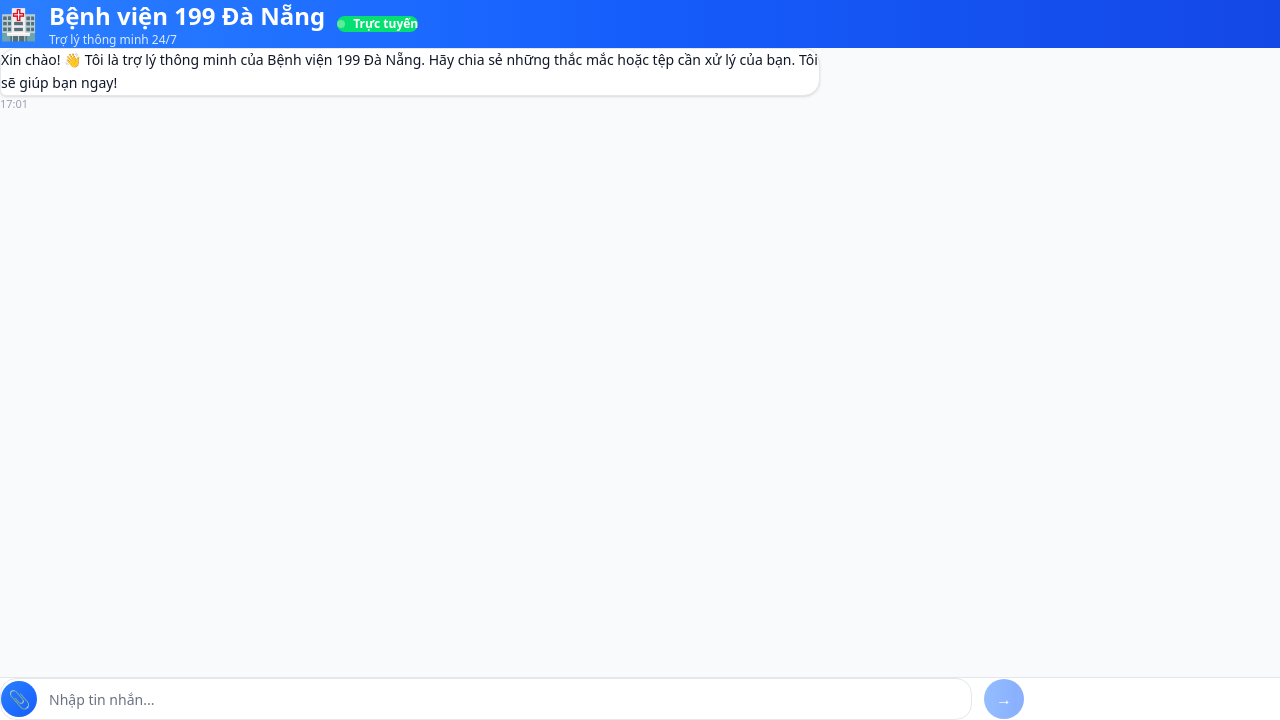
Repository: France2003/B-nh_Vi-n_199
Page: /
An editor plug-in stored every save of this project. The page is shown before and after the next save, followed by the edit.
The browser window is 1280 px wide. The pictures show the whole page.
The project was rebuilt for these pictures with package versions that can differ from the ones it lists, and the page was loaded fresh each time. Also part of the build but not shown: vite.config.ts, src/App.css, src/components/FilePreview.tsx.

Above is the page before, as saved 2026-01-10 11:42:13.

### index.html
<!doctype html>
<html lang="en">
  <head>
    <meta charset="UTF-8" />
    <link rel="icon" type="image/svg+xml" href="/vite.svg" />
    <meta name="viewport" content="width=device-width, initial-scale=1.0" />
    <title>chat199</title>
  </head>
  <body>
    <div id="root"></div>
    <script type="module" src="/src/main.tsx"></script>
  </body>
</html>

### src/index.css
@import "tailwindcss";

:root {
  --hospital-50: #f0f7fc;
  --hospital-100: #dceef9;
  --hospital-200: #b9def3;
  --hospital-300: #8fcde9;
  --hospital-400: #5ab9dd;
  --hospital-500: #35a4d0;
  --hospital-600: #2a7bb7;
  --hospital-700: #1e5b8d;
  --hospital-800: #0d4a73;
  --hospital-900: #081f2e;
}

* {
  @apply m-0 p-0 box-border;
}

html,
body {
  @apply h-full w-full;
}

body {
  @apply overflow-hidden;
}

#root {
  @apply h-screen w-screen;
}

/* Scrollbar Styling */
::-webkit-scrollbar {
  @apply w-2 h-2;
}

::-webkit-scrollbar-track {
  @apply bg-transparent;
}

::-webkit-scrollbar-thumb {
  background-color: rgb(13, 74, 115, 0.3);
  border-radius: 4px;
}

::-webkit-scrollbar-thumb:hover {
  background-color: rgb(13, 74, 115, 0.5);
}

/* Custom animations */
@keyframes slideIn {
  from {
    opacity: 0;
    transform: translateY(10px);
  }
  to {
    opacity: 1;
    transform: translateY(0);
  }
}

@keyframes bounce {
  0%, 80%, 100% {
    opacity: 0.5;
    transform: translateY(0);
  }
  40% {
    opacity: 1;
    transform: translateY(-10px);
  }
}

.animate-in {
  animation: slideIn 0.3s ease forwards;
}

.delay-200 {
  animation-delay: 200ms;
}

.delay-400 {
  animation-delay: 400ms;
}

.slide-in-from-bottom-2 {
  --tw-enter-translate-y: 8px;
}

### src/App.tsx
import './App.css'
import { ChatBot } from './components/ChatBot'

function App() {
  return <ChatBot />
}

export default App

### src/components/ChatBot.tsx
import React, { useState, useRef, useEffect } from 'react';
import type { Message, UploadedFile } from '../types';
import { ChatMessage } from './ChatMessage';
import { FileUploader } from './FileUploader';
import { FilePreview } from './FilePreview';

export const ChatBot: React.FC = () => {
  const [messages, setMessages] = useState<Message[]>([
    {
      id: '1',
      type: 'bot',
      content: 'Xin chào! 👋 Tôi là trợ lý thông minh của Bệnh viện 199 Đà Nẵng. Hãy chia sẻ những thắc mắc hoặc tệp cần xử lý của bạn. Tôi sẽ giúp bạn ngay!',
      timestamp: new Date(),
    },
  ]);

  const [uploadedFiles, setUploadedFiles] = useState<UploadedFile[]>([]);
  const [inputValue, setInputValue] = useState('');
  const [isLoading, setIsLoading] = useState(false);
  const messagesEndRef = useRef<HTMLDivElement>(null);
  const inputRef = useRef<HTMLInputElement>(null);

  const scrollToBottom = () => {
    messagesEndRef.current?.scrollIntoView({ behavior: 'smooth' });
  };

  useEffect(() => {
    scrollToBottom();
  }, [messages]);

  const handleFilesUpload = (files: UploadedFile[]) => {
    setUploadedFiles((prev) => [...prev, ...files]);
  };

  const handleFileDescriptionChange = (fileId: string, description: string) => {
    setUploadedFiles((prev) =>
      prev.map((file) =>
        file.id === fileId ? { ...file, description } : file
      )
    );
  };

  const handleRemoveFile = (fileId: string) => {
    setUploadedFiles((prev) => prev.filter((file) => file.id !== fileId));
  };

  const handleSendMessage = async () => {
    if (!inputValue.trim() && uploadedFiles.length === 0) return;

    setIsLoading(true);

    // Create user message
    const userMessage: Message = {
      id: `${Date.now()}`,
      type: 'user',
      content: inputValue,
      timestamp: new Date(),
      files: uploadedFiles.length > 0 ? [...uploadedFiles] : undefined,
    };

    setMessages((prev) => [...prev, userMessage]);
    setInputValue('');
    setUploadedFiles([]);

    // Simulate bot response
    setTimeout(() => {
      const botMessage: Message = {
        id: `${Date.now() + 1}`,
        type: 'bot',
        content: generateBotResponse(userMessage),
        timestamp: new Date(),
      };
      setMessages((prev) => [...prev, botMessage]);
      setIsLoading(false);
    }, 1000);
  };

  const generateBotResponse = (userMessage: Message): string => {
    if (userMessage.files && userMessage.files.length > 0) {
      const fileCount = userMessage.files.length;
      const fileNames = userMessage.files.map((f) => f.name).join(', ');
      return `✓ Đã nhận ${fileCount} tệp: ${fileNames}. ${userMessage.content
          ? `Yêu cầu: ${userMessage.content}`
          : 'Đang xử lý tệp của bạn...'
        }`;
    }

    const responses = [
      '✓ Cảm ơn bạn đã liên hệ! Chúng tôi đang xử lý yêu cầu của bạn.',
      '✓ Bệnh viện 199 sẵn sàng hỗ trợ! Hãy cho tôi biết thêm thông tin chi tiết.',
      '✓ Tôi đã ghi nhận thông tin của bạn. Có gì khác tôi có thể giúp?',
      '✓ Cảm ơn bạn đã tin tưởng dịch vụ của chúng tôi! 🏥',
    ];

    return responses[Math.floor(Math.random() * responses.length)];
  };

  const handleKeyPress = (e: React.KeyboardEvent<HTMLInputElement>) => {
    if (e.key === 'Enter' && !e.shiftKey) {
      e.preventDefault();
      handleSendMessage();
    }
  };

  return (
    <div className="flex flex-col h-screen bg-white">
      {/* Header */}
      <header className="bg-gradient-to-r from-blue-500 via-blue-600 to-blue-700 text-white px-4 py-3 sm:px-6 sm:py-4 shadow-lg">
        <div className="flex items-center gap-3">
          <div className="text-3xl">🏥</div>
          <div>
            <h1 className="text-lg sm:text-2xl font-bold">Bệnh viện 199 Đà Nẵng</h1>
            <p className="text-[11px] sm:text-xs text-blue-100 font-medium">
              Trợ lý thông minh 24/7
            </p>
          </div>
          <div className="ml-auto flex items-center gap-2 bg-green-400 bg-opacity-30 px-3 py-1 rounded-full">
            <div className="w-2 h-2 bg-green-300 rounded-full animate-pulse"></div>
            <span className="text-xs font-semibold">Trực tuyến</span>
          </div>
        </div>
      </header>

      {/* Chat Container */}
      <div className="flex-1 overflow-y-auto px-4 py-6 bg-gray-50">
        <div className="w-full max-w-6xl mx-auto space-y-5">
          {messages.map((message) => (
            <ChatMessage key={message.id} message={message} />
          ))}
          {isLoading && (
            <div className="flex gap-3">
              <div className="w-8 h-8 rounded-full bg-gradient-to-r from-blue-500 to-blue-600 flex items-center justify-center text-white text-sm font-bold flex-shrink-0">🤖</div>
              <div className="flex gap-1.5 bg-white px-4 py-3 rounded-2xl shadow-sm">
                <div className="w-2 h-2 bg-blue-500 rounded-full animate-bounce"></div>
                <div className="w-2 h-2 bg-blue-500 rounded-full animate-bounce" style={{ animationDelay: '0.2s' }}></div>
                <div className="w-2 h-2 bg-blue-500 rounded-full animate-bounce" style={{ animationDelay: '0.4s' }}></div>
              </div>
            </div>
          )}
          <div ref={messagesEndRef} />
        </div>
      </div>

      {/* Input Area */}
      <div className="bg-white border-t border-gray-200 px-4 py-4 shadow-lg">
        <div className="w-full max-w-full sm:max-w-3xl lg:max-w-5xl mx-auto">
          {uploadedFiles.length > 0 && (
            <div className="mb-4">
              <FilePreview
                files={uploadedFiles}
                onDescriptionChange={handleFileDescriptionChange}
                onRemove={handleRemoveFile}
              />
            </div>
          )}

          <div className="flex gap-3 items-center">
            <div className="flex-1 flex items-center gap-3 bg-white border border-gray-200 rounded-2xl px-3 py-2 transition-all focus-within:border-blue-400 focus-within:ring-1 focus-within:ring-blue-100">
              <FileUploader onFilesUpload={handleFilesUpload} showLabel={false} />

              <input
                ref={inputRef}
                type="text"
                value={inputValue}
                onChange={(e) => setInputValue(e.target.value)}
                onKeyPress={handleKeyPress}
                placeholder="Nhập tin nhắn..."
                className="flex-1 h-11 sm:h-10 bg-transparent text-gray-900 placeholder-gray-500 focus:outline-none text-sm"
                disabled={isLoading}
              />

              {uploadedFiles.length > 0 && (
                <div className="flex items-center gap-2">
                  <div className="text-xs text-gray-500">{uploadedFiles.length} tệp</div>
                </div>
              )}
            </div>

            <button
              onClick={handleSendMessage}
              className="w-11 h-11 sm:w-10 sm:h-10 flex items-center justify-center rounded-full bg-gradient-to-r from-blue-500 to-blue-600 text-white font-bold transition-all duration-200 hover:shadow-lg hover:scale-105 active:scale-95 disabled:opacity-50 disabled:cursor-not-allowed flex-shrink-0"
              disabled={isLoading || (!inputValue.trim() && uploadedFiles.length === 0)}
              title="Gửi tin nhắn"
            >
              <span>→</span>
            </button>
          </div>
        </div>
      </div>
    </div>
  );
};

### src/components/ChatMessage.tsx
import React from 'react';
import type { Message } from '../types';

interface ChatMessageProps {
  message: Message;
}

export const ChatMessage: React.FC<ChatMessageProps> = ({ message }) => {
  const isUser = message.type === 'user';

  return (
    <div className="w-full flex">
      {/* Wrapper quyết định trái / phải */}
      <div
        className={`flex w-full ${
          isUser ? 'justify-end' : 'justify-start'
        }`}
      >
        {/* Cột chứa bubble + time */}
        <div className="flex flex-col max-w-[820px] w-full">
          {/* Bubble */}
          <div
            className={`px-4 py-3 rounded-2xl text-sm leading-relaxed shadow-sm
              ${
                isUser
                  ? 'bg-gradient-to-br from-blue-500 to-blue-600 text-white rounded-br-md'
                  : 'bg-white text-gray-900 border border-gray-200 rounded-bl-md'
              }`}
          >
            {message.content}
          </div>

          {/* Time */}
          <div
            className={`mt-1 text-[11px] text-gray-400 ${
              isUser ? 'text-right' : 'text-left'
            }`}
          >
            {message.timestamp.toLocaleTimeString('vi-VN', {
              hour: '2-digit',
              minute: '2-digit',
            })}
          </div>
        </div>
      </div>
    </div>
  );
};

### src/components/FileUploader.tsx
import React, { useState, useRef } from 'react';
import type { UploadedFile } from '../types';

interface FileUploaderProps {
  onFilesUpload: (files: UploadedFile[]) => void;
  showLabel?: boolean;
}

export const FileUploader: React.FC<FileUploaderProps> = ({ onFilesUpload, showLabel = true }) => {
  const [isDragActive, setIsDragActive] = useState(false);
  const fileInputRef = useRef<HTMLInputElement>(null);

  const handleDrag = (e: React.DragEvent) => {
    e.preventDefault();
    e.stopPropagation();
    if (e.type === 'dragenter' || e.type === 'dragover') {
      setIsDragActive(true);
    } else if (e.type === 'dragleave') {
      setIsDragActive(false);
    }
  };

  const processFiles = (files: FileList) => {
    const uploadedFiles: UploadedFile[] = [];

    Array.from(files).forEach((file) => {
      const isImage = file.type.startsWith('image/');
      const uploadedFile: UploadedFile = {
        id: `${Date.now()}-${Math.random()}`,
        name: file.name,
        type: isImage ? 'image' : 'file',
        file,
      };

      if (isImage) {
        const reader = new FileReader();
        reader.onload = (e) => {
          uploadedFile.preview = e.target?.result as string;
        };
        reader.readAsDataURL(file);
      }

      uploadedFiles.push(uploadedFile);
    });

    onFilesUpload(uploadedFiles);
  };

  const handleDrop = (e: React.DragEvent) => {
    e.preventDefault();
    e.stopPropagation();
    setIsDragActive(false);

    if (e.dataTransfer.files && e.dataTransfer.files[0]) {
      processFiles(e.dataTransfer.files);
    }
  };

  const handleChange = (e: React.ChangeEvent<HTMLInputElement>) => {
    if (e.target.files) {
      processFiles(e.target.files);
    }
  };

  if (!showLabel) {
    return (
      <>
        <input
          ref={fileInputRef}
          type="file"
          multiple
          onChange={handleChange}
          accept="image/*,.pdf,.doc,.docx,.xls,.xlsx,.txt"
          className="hidden"
          id="file-upload-input"
        />
        <label
          htmlFor="file-upload-input"
          className="flex items-center justify-center w-9 h-9 rounded-full bg-gradient-to-br from-blue-500 to-blue-600 text-white cursor-pointer hover:shadow-md transition-transform active:scale-95 flex-shrink-0"
          title="Tải file"
          onDragEnter={handleDrag}
          onDragLeave={handleDrag}
          onDragOver={handleDrag}
          onDrop={handleDrop}
        >
          <span className="text-lg">📎</span>
        </label>
      </>
    );
  }

  return (
    <div
      className={`border-2 border-dashed rounded-2xl p-8 text-center transition-all cursor-pointer mb-5 ${
        isDragActive
          ? 'border-blue-500 bg-blue-50 shadow-lg scale-105'
          : 'border-blue-300 bg-blue-50 hover:bg-blue-100 hover:border-blue-400'
      }`}
      onDragEnter={handleDrag}
      onDragLeave={handleDrag}
      onDragOver={handleDrag}
      onDrop={handleDrop}
    >
      <input
        ref={fileInputRef}
        type="file"
        multiple
        onChange={handleChange}
        accept="image/*,.pdf,.doc,.docx,.xls,.xlsx,.txt"
        className="hidden"
      />
      <div className="pointer-events-none">
        <div className="text-4xl mb-3">📁</div>
        <p className="m-0 mb-2 text-base font-bold text-blue-900">Kéo thả file tại đây</p>
        <p className="m-0 text-sm text-blue-600 mb-3">hoặc nhấp để chọn từ máy tính</p>
        <p className="m-0 text-xs text-blue-500">Hỗ trợ: Hình ảnh, PDF, Word, Excel</p>
      </div>
    </div>
  );
};

Loaded but not shown: src/main.tsx (common file)

After the next save:
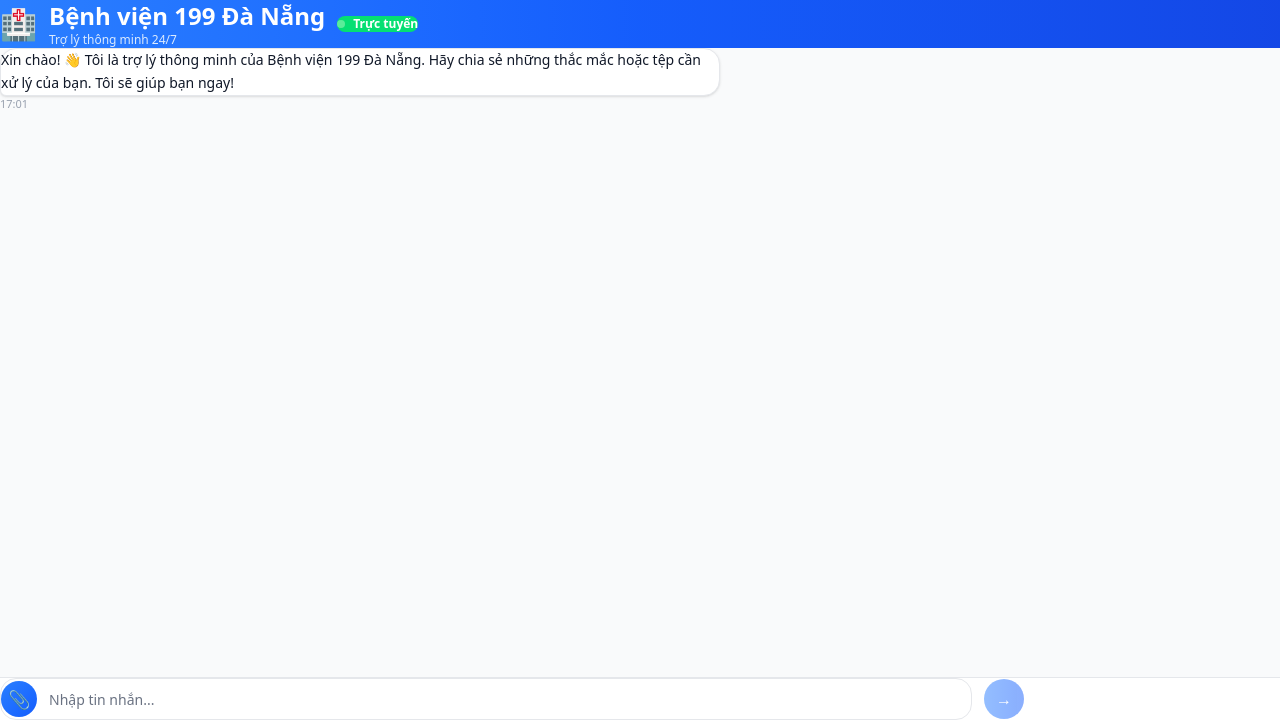
Saved 80 s later.
--- a/src/components/ChatMessage.tsx
+++ b/src/components/ChatMessage.tsx
@@ -9,38 +9,34 @@
   const isUser = message.type === 'user';
 
   return (
-    <div className="w-full flex">
-      {/* Wrapper quyết định trái / phải */}
-      <div
-        className={`flex w-full ${
-          isUser ? 'justify-end' : 'justify-start'
-        }`}
-      >
-        {/* Cột chứa bubble + time */}
-        <div className="flex flex-col max-w-[820px] w-full">
-          {/* Bubble */}
-          <div
-            className={`px-4 py-3 rounded-2xl text-sm leading-relaxed shadow-sm
-              ${
-                isUser
-                  ? 'bg-gradient-to-br from-blue-500 to-blue-600 text-white rounded-br-md'
-                  : 'bg-white text-gray-900 border border-gray-200 rounded-bl-md'
-              }`}
-          >
-            {message.content}
-          </div>
+    <div className={`w-full flex ${isUser ? 'justify-end' : 'justify-start'}`}>
+      {/* Cột chứa bubble + time */}
+      <div className={`flex flex-col ${isUser ? 'items-end' : 'items-start'}`}>
 
-          {/* Time */}
-          <div
-            className={`mt-1 text-[11px] text-gray-400 ${
-              isUser ? 'text-right' : 'text-left'
-            }`}
-          >
-            {message.timestamp.toLocaleTimeString('vi-VN', {
-              hour: '2-digit',
-              minute: '2-digit',
-            })}
-          </div>
+        {/* Bubble */}
+        <div
+          className={`
+            inline-block px-5 py-3 rounded-2xl text-sm leading-relaxed shadow-sm
+            max-w-[720px]
+            ${isUser
+              ? 'bg-gradient-to-br from-blue-500 to-blue-600 text-white rounded-br-md'
+              : 'bg-white text-gray-900 border border-gray-200 rounded-bl-md'
+            }
+          `}
+        >
+          {message.content}
+        </div>
+
+        {/* Time */}
+        <div
+          className={`mt-1 text-[11px] text-gray-400 ${
+            isUser ? 'text-right' : 'text-left'
+          }`}
+        >
+          {message.timestamp.toLocaleTimeString('vi-VN', {
+            hour: '2-digit',
+            minute: '2-digit',
+          })}
         </div>
       </div>
     </div>

After the 3 saves that followed:
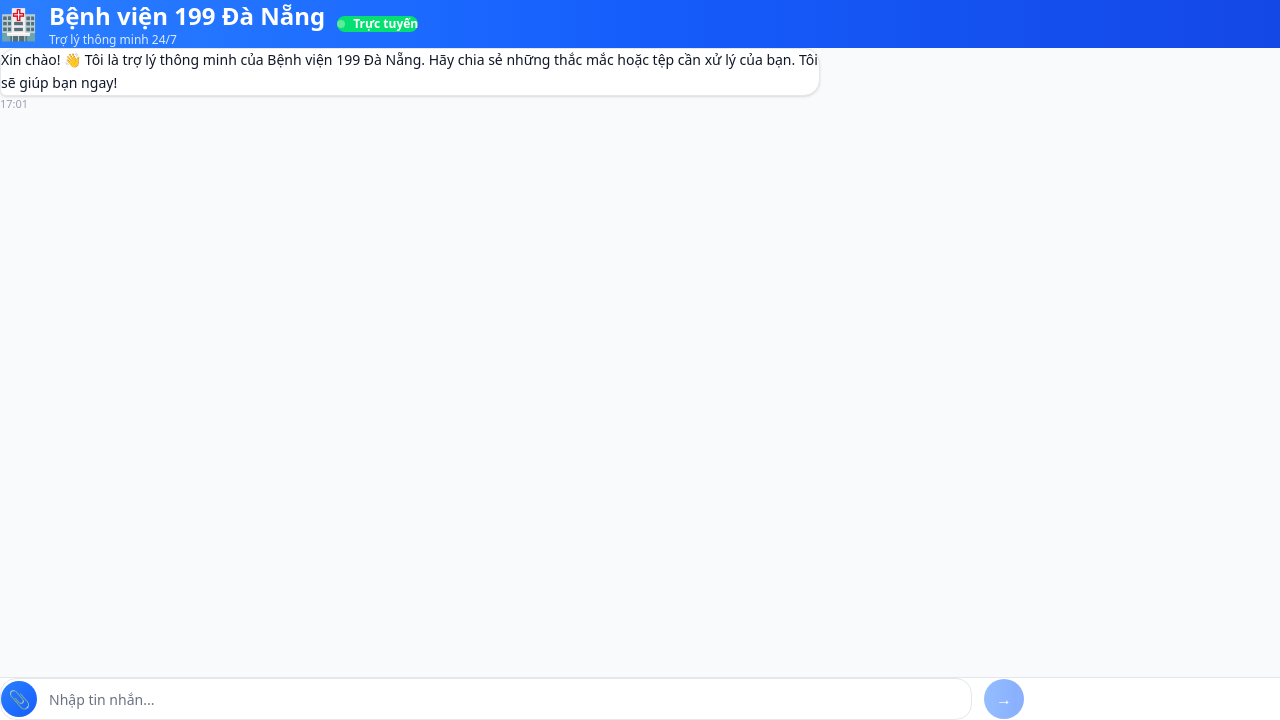
The 3 saves are shown as one change because 2 left the picture as it was.
The last was saved 45 s later.
--- a/src/components/ChatBot.tsx
+++ b/src/components/ChatBot.tsx
@@ -123,7 +123,8 @@
 
       {/* Chat Container */}
       <div className="flex-1 overflow-y-auto px-4 py-6 bg-gray-50">
-        <div className="w-full max-w-6xl mx-auto space-y-5">
+        <div className="w-full max-w-6xl mx-auto space-y-6">
+
           {messages.map((message) => (
             <ChatMessage key={message.id} message={message} />
           ))}
--- a/src/components/ChatMessage.tsx
+++ b/src/components/ChatMessage.tsx
@@ -9,34 +9,38 @@
   const isUser = message.type === 'user';
 
   return (
-    <div className={`w-full flex ${isUser ? 'justify-end' : 'justify-start'}`}>
-      {/* Cột chứa bubble + time */}
-      <div className={`flex flex-col ${isUser ? 'items-end' : 'items-start'}`}>
+    <div className="w-full flex">
+      {/* Wrapper quyết định trái / phải */}
+      <div
+        className={`flex w-full ${
+          isUser ? 'justify-end' : 'justify-start'
+        }`}
+      >
+        {/* Cột chứa bubble + time */}
+        <div className="flex flex-col max-w-[820px] w-full">
+          {/* Bubble */}
+          <div
+            className={`px-4 py-3 rounded-2xl text-sm leading-relaxed shadow-sm
+              ${
+                isUser
+                  ? 'bg-gradient-to-br from-blue-500 to-blue-600 text-white rounded-br-md'
+                  : 'bg-white text-gray-900 border border-gray-200 rounded-bl-md'
+              }`}
+          >
+            {message.content}
+          </div>
 
-        {/* Bubble */}
-        <div
-          className={`
-            inline-block px-5 py-3 rounded-2xl text-sm leading-relaxed shadow-sm
-            max-w-[720px]
-            ${isUser
-              ? 'bg-gradient-to-br from-blue-500 to-blue-600 text-white rounded-br-md'
-              : 'bg-white text-gray-900 border border-gray-200 rounded-bl-md'
-            }
-          `}
-        >
-          {message.content}
-        </div>
-
-        {/* Time */}
-        <div
-          className={`mt-1 text-[11px] text-gray-400 ${
-            isUser ? 'text-right' : 'text-left'
-          }`}
-        >
-          {message.timestamp.toLocaleTimeString('vi-VN', {
-            hour: '2-digit',
-            minute: '2-digit',
-          })}
+          {/* Time */}
+          <div
+            className={`mt-1 text-[11px] text-gray-400 ${
+              isUser ? 'text-right' : 'text-left'
+            }`}
+          >
+            {message.timestamp.toLocaleTimeString('vi-VN', {
+              hour: '2-digit',
+              minute: '2-digit',
+            })}
+          </div>
         </div>
       </div>
     </div>
